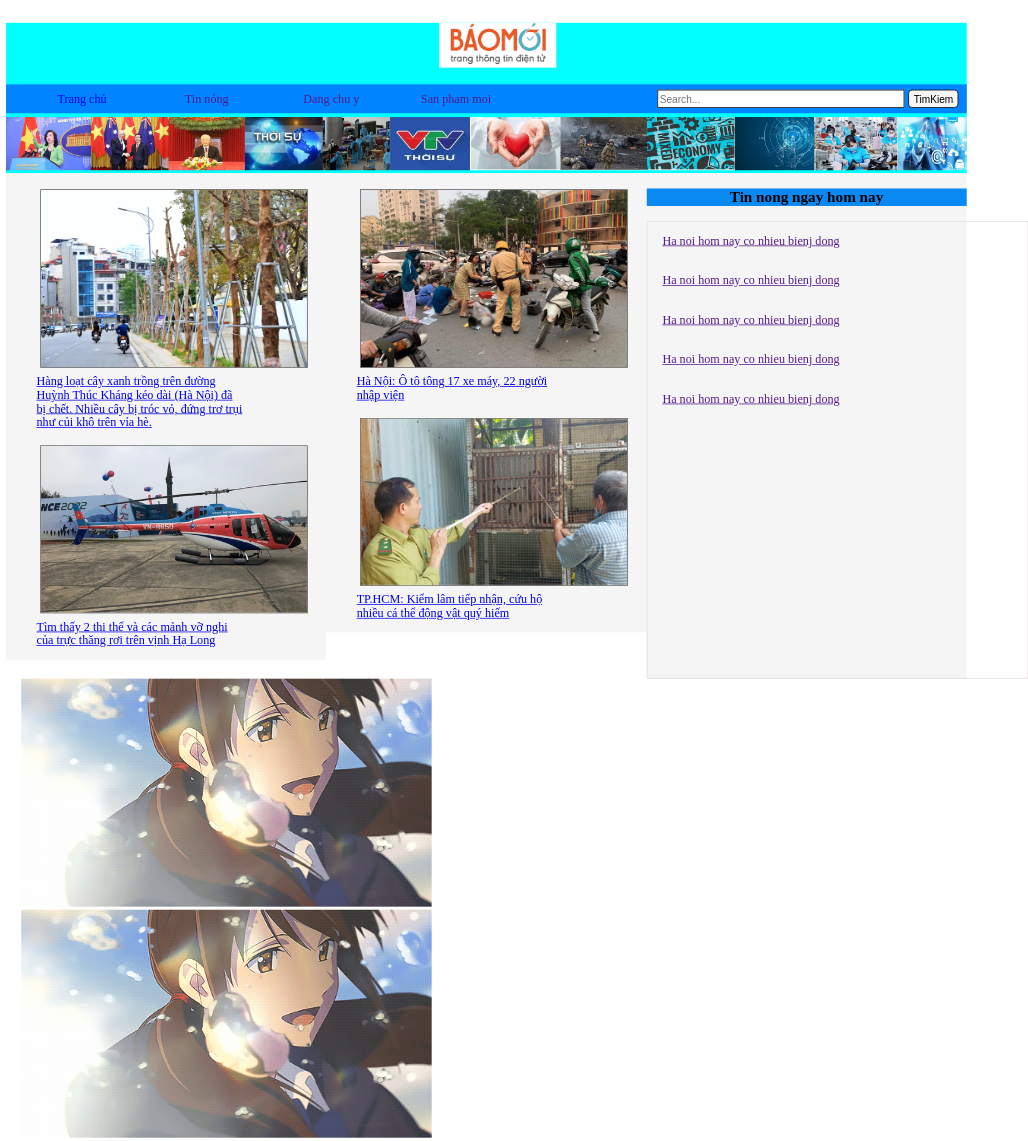
Repository: TRITO719/18_TrinhQuocToan_20081631
Page: So37/html/webMain.html
The author's editor kept a copy of each file at every save. The page is drawn from the files as they stood at one save, then again after the next save.
The browser window is 1280 px wide. The page is 1353 px wide, so the pictures cover 1353 px, including what lies to the right of the window. The pictures show the whole page, at 76% of full size.

Above is the page before, as saved 2023-04-05 23:22:05.

### So37/html/webMain.html
<!DOCTYPE html>
<html lang="en">
<head>
    <meta charset="UTF-8">
    <meta http-equiv="X-UA-Compatible" content="IE=edge">
    <meta name="viewport" content="width=device-width, initial-scale=1.0">
    <title>Document</title>
    <link rel="stylesheet" type="style.css" href="../So37/css/bootstrap-4.0.0-dist/css/bootstrap.min.css">
    <script src="../So37/js/jquery-3.6.4.min.js"></script>
    <script src="../So37/css/bootstrap-4.0.0-dist/js/bootstrap.min.js"></script>
    <link rel="stylesheet" href="../css/style.css">
    <style>


    </style>

</head>

<body>
    <div class="container" >
        <div class="row">
            <div class="col-md-12 col-xl-12 col-sm-12 col-xs-12" id="top-1">

                <header >
                    <img src="../img/Capture.PNG" alt="" > <br>
                    <div class="wrap">
                        <form action="" method="get" class="search">
                            <input type="text" class="form-control" placeholder="Search...">
                            <button type="submit" class="searchButton">TimKiem</button>
                        </form>
                    </div>
                </header>

            </div> <br>
            <div class="col-md-12 col-xl-12 col-sm-12 col-xs-12" id="menu">
                <nav>
                    <ul>

                        <li><a href="http://127.0.0.1:3000/So37/html/webMain.html">Trang chủ</a></li>
                        <li><a href="">Tin nóng</a>
                            <ul>
                                <li><a href="">Trong nuoc</a></li>
                                <li><a href="">The gioi</a></li>
                            </ul>
                        </li>
                        <li><a href="">Dang chu y</a>
                            <ul>
                                <li><a href="">Kinh te</a></li>
                                <li><a href="">Chinh tri</a></li>
                                <li><a href="">Quoc phong</a></li>
                                <li><a href="">Dan su</a></li>
                                <li><a href="">Phap luat</a></li>
                            </ul>
                        </li>
                        <li><a href="">San pham moi</a>
                            <ul>
                                <li><a href="">San pham trong nuoc</a></li>
                                <li><a href="">San pham nuoc ngoai</a></li>
                            </ul>
                        </li>
                    </ul>
                </nav>

            </div>
        </div>

        <div class="logoo">
            <img src="../img/logoo.jpg" alt="">
        </div>

        <div class="col-md-12 col-xl-12 col-sm-12 col-xs-12" id="main">

            <div class="left">
                <figure>
                    <a href="https://thanhnien.vn/ha-noi-hang-loat-cay-xanh-chet-kho-tren-duong-340-ti-dong-vua-thong-xe-185230402085037831.htm">
                        <img src="../img/cay-xanh-chet-kho-tren-duong-huynh-thuc-khang-keo-dai-2-16803995389678631728.jpg" alt="">
                        <figcaption>Hàng loạt cây xanh trồng trên đường Huỳnh Thúc Kháng kéo dài (Hà Nội) đã bị chết. Nhiều cây bị tróc vỏ, đứng trơ trụi như củi khô trên vỉa hè.</figcaption>
                    </a>
                </figure>
                <figure>
                    <a href="https://thanhnien.vn/tim-thay-2-thi-the-va-cac-manh-vo-nghi-cua-truc-thang-roi-tren-vinh-ha-long-185230405212255974.htm">
                        <img src="../img/img20230405205014-16807040515111337355593-219-0-1469-2000-crop-16807044108641123455003.jpg" alt="">
                        <figcaption>Tìm thấy 2 thi thể và các mảnh vỡ nghi của trực thăng rơi trên vịnh Hạ Long</figcaption>
                    </a>
                </figure>
            </div>
            <div class="center">
                <figure>
                    <a href="https://thanhnien.vn/ha-noi-o-to-tong-17-xe-may-17-nguoi-nhap-vien-185230405173616099.htm">
                        <img src="../img/anh giao thong.jpg" alt="">
                        <figcaption>Hà Nội: Ô tô tông 17 xe máy, 22 người nhập viện</figcaption>
                    </a>
                </figure>
                <figure>
                    <a href="https://thanhnien.vn/tphcm-kiem-lam-tiep-nhan-cuu-ho-nhieu-ca-the-dong-vat-quy-hiem-185230405140643596.htm">
                        <img src="../img/kiem lam.png" alt="">
                        <figcaption>TP.HCM: Kiểm lâm tiếp nhận, cứu hộ nhiều cá thể động vật quý hiếm</figcaption>
                    </a>
                </figure>
            </div>
            <div class="right">
                <p class="title">Tin nong ngay hom nay</p>
                <div class="wrapper">

                    <p><a href="">Ha noi hom nay co nhieu bienj dong</a></p> <br>
                    <p><a href="">Ha noi hom nay co nhieu bienj dong</a></p> <br>
                    <p><a href="">Ha noi hom nay co nhieu bienj dong</a></p> <br>
                    <p><a href="">Ha noi hom nay co nhieu bienj dong</a></p> <br>
                    <p><a href="">Ha noi hom nay co nhieu bienj dong</a></p> <br>





                  </div>
            </div>

            <div class="section">
                <div class="section_1">
                    <img src="../img/sakura-gif.gif" alt="">

                </div>
                <div class="section_2">
                    <img src="../img/sakura-gif.gif" alt="">

                </div>


            </div>

        </div>
    </div>
</body>
</html>

### So37/css/style.css

.container{
  background-color:aqua;
}
header{
  text-align: center;
}
header > .wrap{
  padding-left: 200px;
}
#top-1{
    margin-top: 30px;
    margin-left: 30px;
}
.search{
    width: 100%;
    position: absolute;
    display: flex;

}
.form-control{
    width: 70%;
    border: 1px solid black;
    outline: none;
    height: 20px;
}
.searchButton{
  margin-left: 5px;
    border: 1px solid black;
    background-color:whitesmoke;
    border-radius:5px 5px;
    outline: none;
    -webkit-border-radius:5px 5px;
    -moz-border-radius:5px 5px;
    -ms-border-radius:5px 5px;
    -o-border-radius:5px 5px;
}
.wrap{
  width: 20%;
  position: absolute;
  display: inline;
  margin-top: 25px;
  margin-left:10px;
}
ul {
    list-style: none;
    padding: 0px;
    margin: 0px;
    background-color:rgb(0, 132, 255)


  }

ul > li {
    display: inline-block;
    position: relative;
    padding-left: 20px;
    margin-left: 20px;


}

ul > li > a {
    display: inline-block;
    padding: 10px;
    text-decoration: none;
    width:100px;
    text-align: center;

  }

ul > li > ul {
    display: none;
    position: absolute;
    width:150px ;
    top: 100%;
    left: 0;
    padding: 0;
    margin: 0;
    background-color:rgb(18, 158, 214);
    border: 1px solid #ccc;
  }

ul > li:hover > ul {
    display: block;
  }

ul > li > ul > li {
    display: block;
  }

ul > li > ul > li > a {
    display: block;
    padding: 10px;
    text-decoration: none;
    color: black;
  }
 .logoo{
  width: 100%;
  height: auto;

  padding-top: 5px;
 }
 .logoo > img{
  width: 100%;
  height: auto;
  right: 0;
}

figure > a > img{
    width:350px;
    margin: 5px 5px;
    padding: 0;
    border:1px solid rgba(82, 81, 81, 0.938);
}
 figure> a > img:hover{
    transform: scale(1.2);
    -webkit-transform: scale(1.2);
    -moz-transform: scale(1.2);
    -ms-transform: scale(1.2);
    -o-transform: scale(1.2);
    transition: transform 0.5s ease;
}
figure> a> figcaption {
  width: 80%;
}

.left,.center,.right{
  float: left;
  box-sizing: border-box;
  width: 33.33%;
  background-color:whitesmoke;


}

.right> .list {
  border: 2px solid black

}

.wrapper {
  width: 500px;
  height: 600px;
  overflow-y: scroll;
  border: 1px solid rgba(228, 220, 220, 0.911);
}
.wrapper > p {
  margin-left: 20px;
  margin-bottom: 0px;
}
.title{
  background-color:rgb(9, 137, 241);
  text-align: center;
  font-size: 20px;
  font-weight: bold;
}
.section{
  width: 100%;
}
.section > .section_1,.section_2{
  float: left;
  padding-left: 20px;
}
.section > .section_1{
  width: 60%;
}

Loaded but not shown: So37/js/jquery-3.6.4.min.js (library); So37/js/bootstrap.min.js (library)

After the next save:
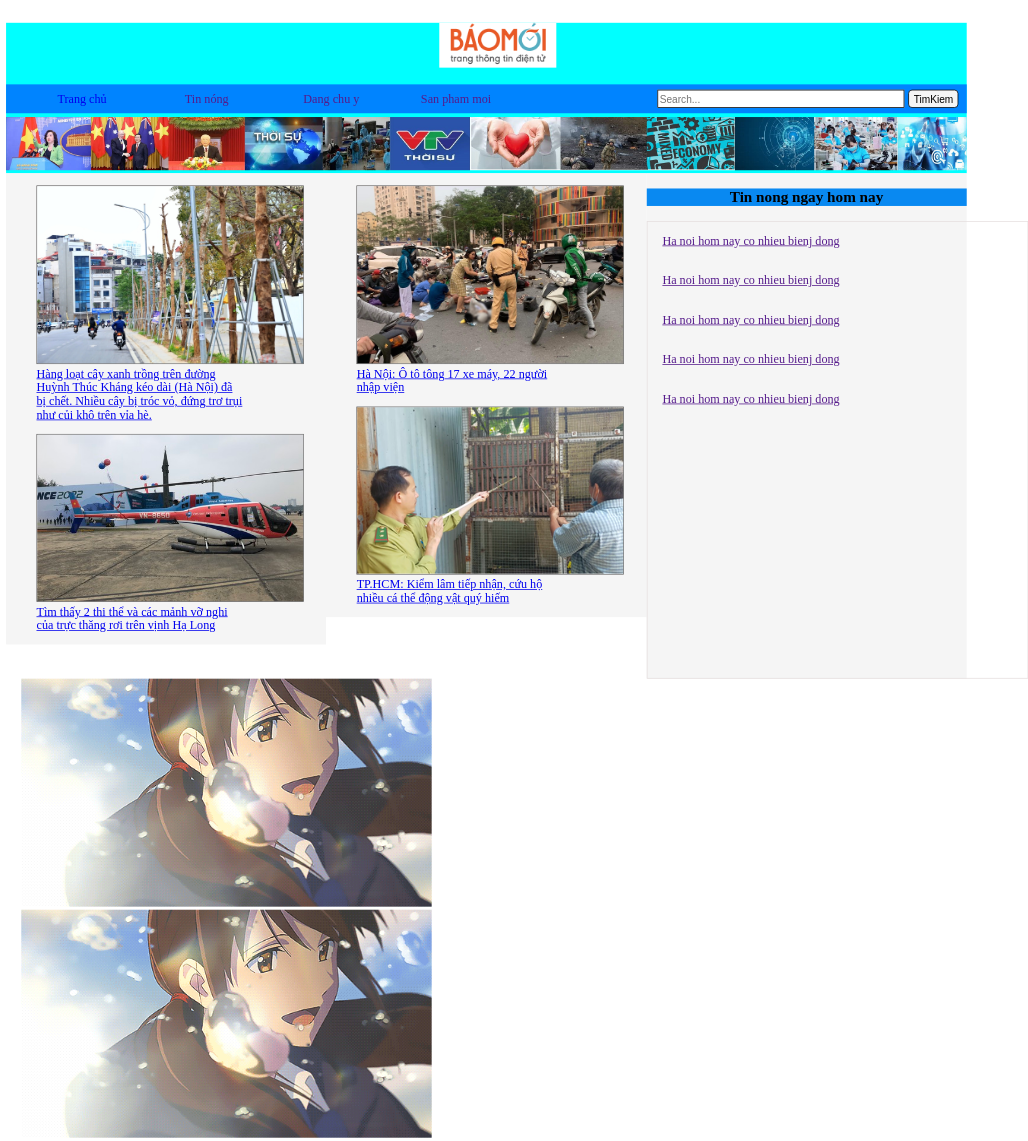
Saved 68 s later.
--- a/So37/css/style.css
+++ b/So37/css/style.css
@@ -109,8 +109,6 @@
 
 figure > a > img{
     width:350px;
-    margin: 5px 5px;
-    padding: 0;
     border:1px solid rgba(82, 81, 81, 0.938);
 }
  figure> a > img:hover{
